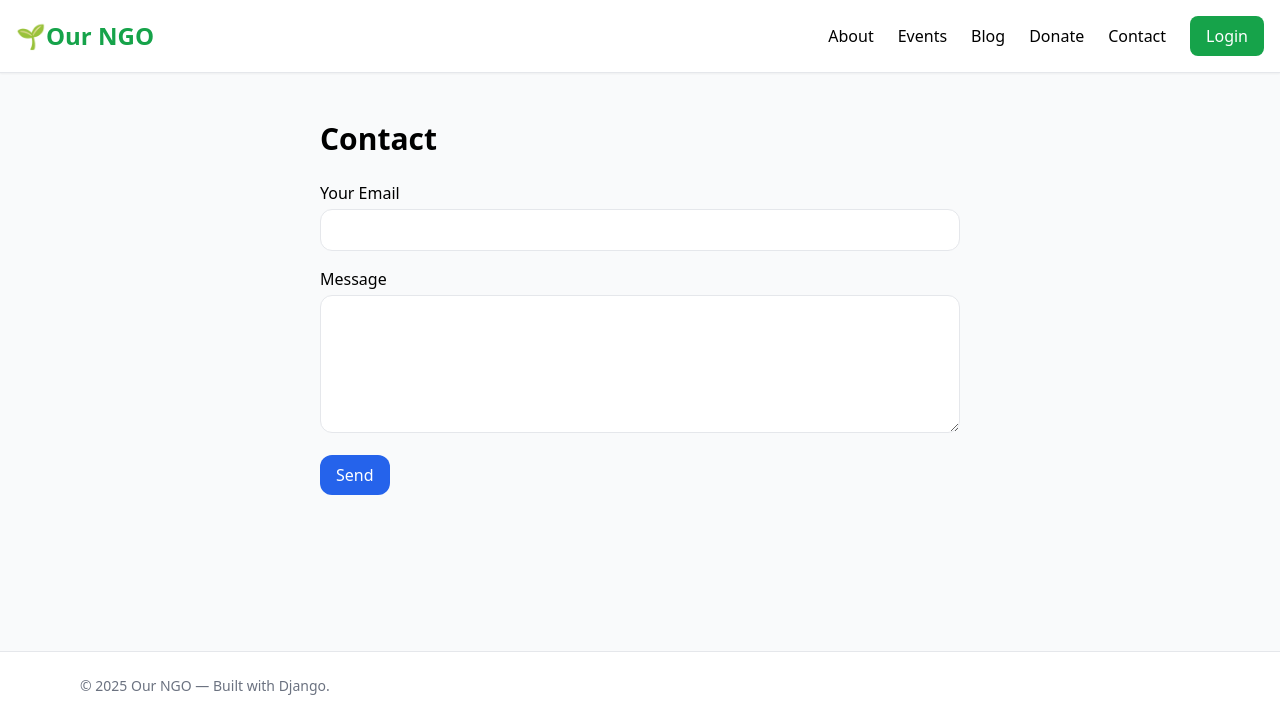
Repository: falak346/OUR-NGO
Page: http://localhost/contact/
These files come from the project's save history. The page is drawn as it stood at one moment and after the next save; the edit follows.
The browser window is 1280 px wide. The pictures show the whole page.
Some web libraries are served in a nearby version. The page is served by the project's application, run on Django 5.2 (ngo_site/manage.py).

Above is the page before, as saved 2025-11-17 00:46:39.

After the next save:
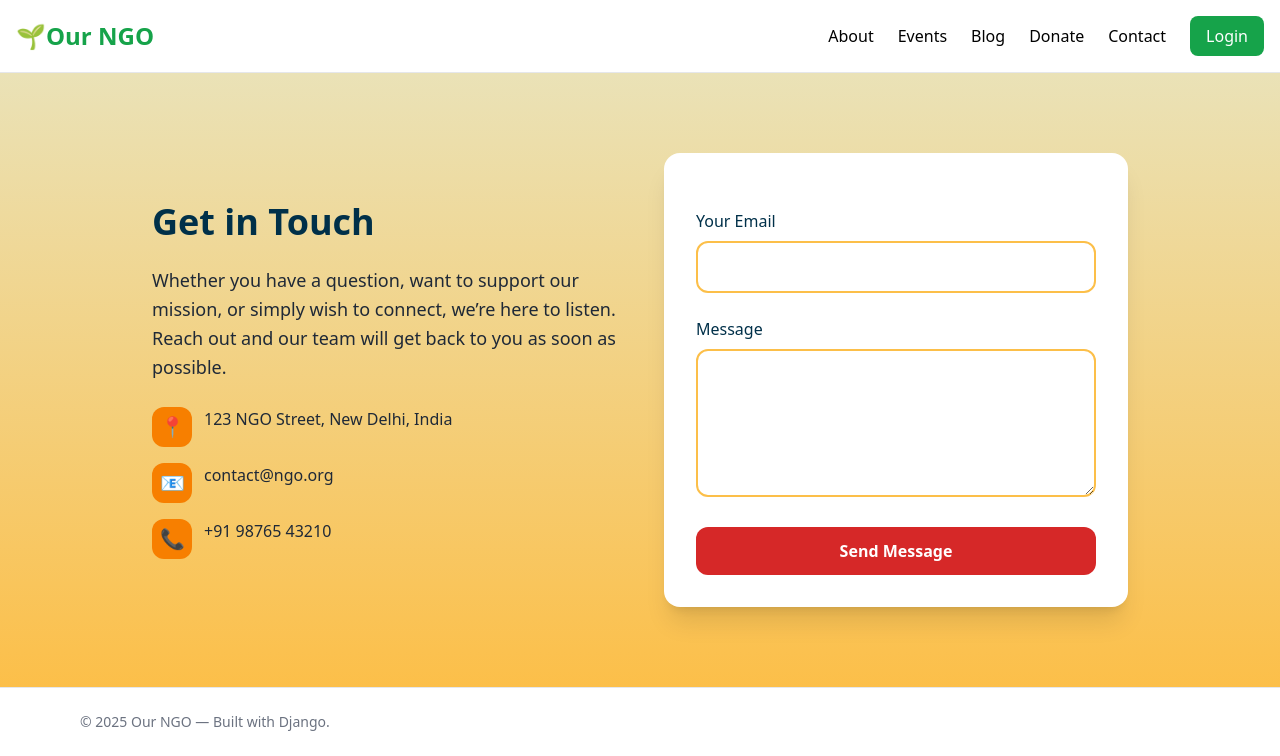
Saved 7 min 1 s later.
--- a/ngo_site/ngo_site/templates/contact.html
+++ b/ngo_site/ngo_site/templates/contact.html
@@ -1,22 +1,56 @@
 {% extends "base.html" %}
 {% block title %}Contact — NGO{% endblock %}
 {% block content %}
-<section class="max-w-2xl mx-auto px-4 py-12">
-  <h1 class="text-3xl font-bold mb-6">Contact</h1>
-  <form method="post" class="space-y-4">
-    {% csrf_token %}
-    <div>
-      <label class="block mb-1">Your Email</label>
-      <input name="email" type="email" required class="w-full border rounded-xl px-3 py-2">
+<section class="w-full bg-gradient-to-b from-[#EAE2B7] to-[#FCBF49] py-20">
+  <div class="max-w-5xl mx-auto px-6 grid md:grid-cols-2 gap-12 items-center">
+
+    <!-- Left: Text -->
+    <div class="space-y-6">
+      <h1 class="text-4xl font-extrabold text-[#003049]">Get in Touch</h1>
+      <p class="text-lg text-gray-800 leading-relaxed">
+        Whether you have a question, want to support our mission, or simply wish to connect,
+        we’re here to listen. Reach out and our team will get back to you as soon as possible.
+      </p>
+
+      <div class="space-y-4">
+        <div class="flex items-start space-x-3">
+          <span class="w-10 h-10 rounded-xl bg-[#F77F00] flex items-center justify-center text-white text-xl">📍</span>
+          <p class="text-gray-800">123 NGO Street, New Delhi, India</p>
+        </div>
+        <div class="flex items-start space-x-3">
+          <span class="w-10 h-10 rounded-xl bg-[#F77F00] flex items-center justify-center text-white text-xl">📧</span>
+          <p class="text-gray-800">contact@ngo.org</p>
+        </div>
+        <div class="flex items-start space-x-3">
+          <span class="w-10 h-10 rounded-xl bg-[#F77F00] flex items-center justify-center text-white text-xl">📞</span>
+          <p class="text-gray-800">+91 98765 43210</p>
+        </div>
+      </div>
     </div>
-    <div>
-      <label class="block mb-1">Message</label>
-      <textarea name="message" rows="5" required class="w-full border rounded-xl px-3 py-2"></textarea>
+
+    <!-- Right: Form -->
+    <div class="bg-white rounded-2xl shadow-xl p-8">
+      <form method="post" class="space-y-6">
+        {% csrf_token %}
+
+        <div>
+          <label class="block mb-2 font-medium text-[#003049]">Your Email</label>
+          <input name="email" type="email" required class="w-full border-2 border-[#FCBF49] rounded-xl px-4 py-3 focus:outline-none focus:border-[#F77F00]" />
+        </div>
+
+        <div>
+          <label class="block mb-2 font-medium text-[#003049]">Message</label>
+          <textarea name="message" rows="5" required class="w-full border-2 border-[#FCBF49] rounded-xl px-4 py-3 focus:outline-none focus:border-[#F77F00]"></textarea>
+        </div>
+
+        <button class="w-full py-3 rounded-xl bg-[#D62828] text-white font-semibold hover:bg-[#F77F00] transition">Send Message</button>
+
+        {% if sent %}
+          <p class="text-green-600 text-center">Thanks! We'll get back to you.</p>
+        {% endif %}
+      </form>
     </div>
-    <button class="px-4 py-2 bg-blue-600 text-white rounded-xl">Send</button>
-    {% if sent %}
-      <p class="text-green-600">Thanks! We'll get back to you.</p>
-    {% endif %}
-  </form>
+
+  </div>
 </section>
 {% endblock %}
